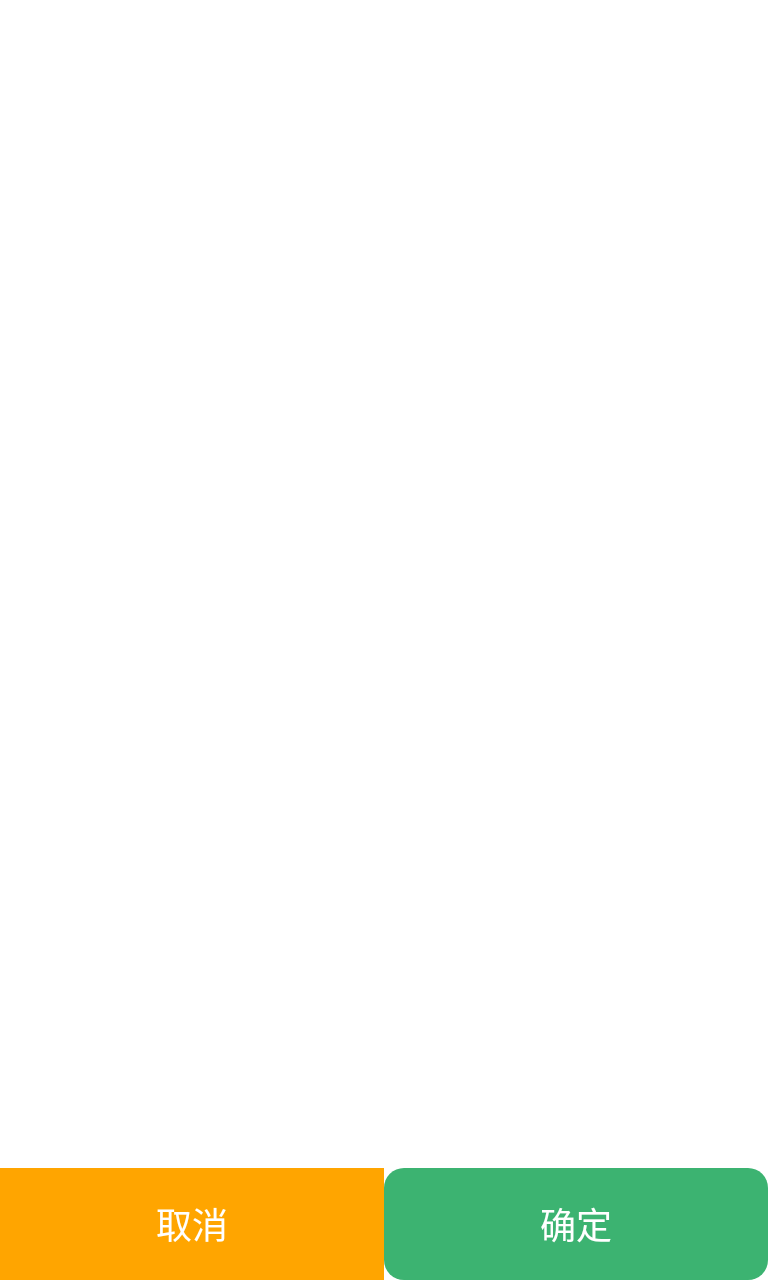
Repository: blanks1314/sysnc_android
Layout: UpayDemo/res/layout/dialog_tip.xml
These files come from the project's save history. The layout is drawn as it stood at one moment and after the next save; the edit follows.
It is drawn on a 768 x 1280 px phone screen (xhdpi) without system bars, with theme AppTheme; the app's code is not run.

Above is the layout before, as saved 2015-05-04 07:33:49.

After the next save:
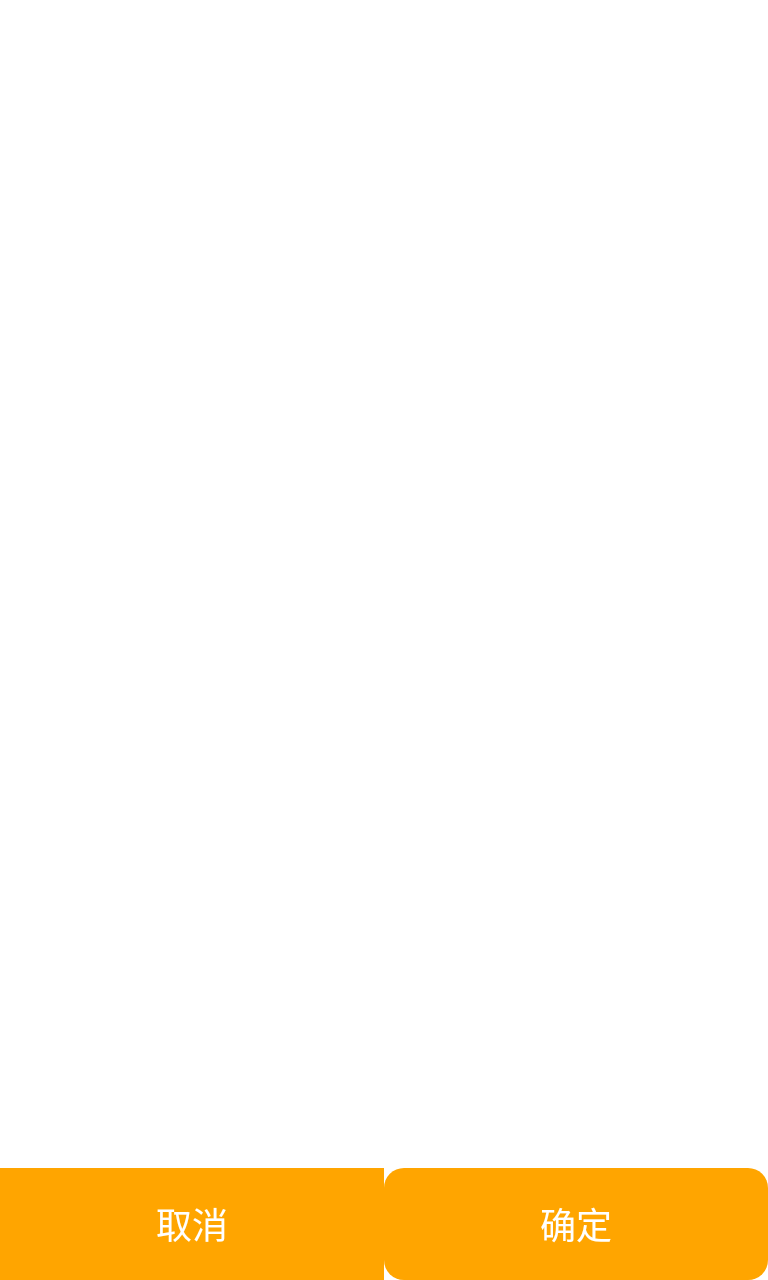
Saved 55 s later.
--- a/UpayDemo/res/drawable/btn_selecter.xml
+++ b/UpayDemo/res/drawable/btn_selecter.xml
@@ -2,6 +2,17 @@
 <selector xmlns:android="http://schemas.android.com/apk/res/android">
 
     <item android:state_pressed="true"><shape android:shape="rectangle">
+
+            <!-- 填充的颜色 -->
+            <solid android:color="@color/btn_selecter_1" />
+            <!-- 设置按钮的四个角为弧形 -->
+            <!-- android:radius 弧形的半径 -->
+            <corners android:radius="10dip" />
+
+            <!-- padding：Button里面的文字与Button边界的间隔 -->
+            <padding android:bottom="10dp" android:left="10dp" android:right="10dp" android:top="10dp" />
+        </shape></item>
+         <item android:state_selected="false"><shape android:shape="rectangle">
 
             <!-- 填充的颜色 -->
             <solid android:color="@color/btn_selecter_2" />
@@ -12,16 +23,5 @@
             <!-- padding：Button里面的文字与Button边界的间隔 -->
             <padding android:bottom="10dp" android:left="10dp" android:right="10dp" android:top="10dp" />
         </shape></item>
-         <item android:state_selected="false"><shape android:shape="rectangle">
-
-            <!-- 填充的颜色 -->
-            <solid android:color="@color/btn_selecter_1" />
-            <!-- 设置按钮的四个角为弧形 -->
-            <!-- android:radius 弧形的半径 -->
-            <corners android:radius="10dip" />
-
-            <!-- padding：Button里面的文字与Button边界的间隔 -->
-            <padding android:bottom="10dp" android:left="10dp" android:right="10dp" android:top="10dp" />
-        </shape></item>
 
 </selector>
